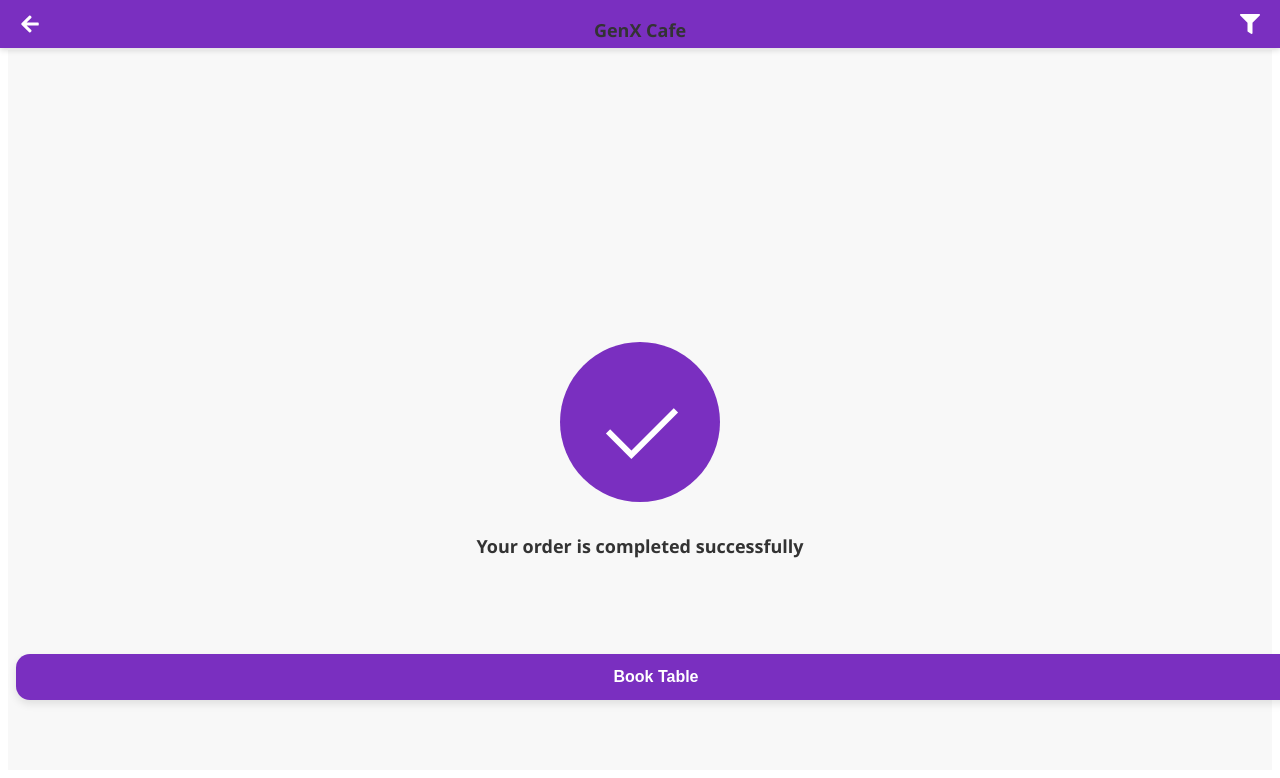
Repository: rajeshwaranslv/sturdy-spork-genx-frontend
Page: /success
The author's editor kept a copy of each file at every save. The page is drawn from the files as they stood at one save, then again after the next save.
The browser window is 1280 px wide. The pictures show the whole page.
The project was rebuilt for these pictures with package versions that can differ from the ones it lists, and the page was loaded fresh each time. Also part of the build but not shown: src/components/TableSelection.js, src/components/MenuSelection.js, src/components/OrderReview.js, src/components/billing.css, src/components/Billing.js.

Above is the page before, as saved 2025-07-15 11:37:21.

### src/App.js
import React from 'react';
import { BrowserRouter as Router, Route, Switch } from 'react-router-dom';
import TableSelection from './components/TableSelection';
import MenuSelection from './components/MenuSelection';
import OrderReview from './components/OrderReview';
import Billing from './components/Billing';
import Success from './components/Success';

export default function App() {
  return (
    <Router>
      <Switch>
        <Route exact path="/" component={TableSelection} />
        <Route path="/menu/:tableId" component={MenuSelection} />
   <Route path="/orders/:orderId" component={OrderReview} />

        <Route path="/billing/:orderId" component={Billing} />
        <Route path="/success" component={Success} />
      </Switch>
    </Router>
  );
}

### src/components/Success.js
import React, { useEffect } from 'react';
import { withRouter } from 'react-router-dom';
import { updateTableStatus } from '../services/api';
import { FaArrowLeft, FaFilter } from 'react-icons/fa'; // ✅ Import icons
import './success.css';

function Success({ history, location }) {
  const tableId = location.state?.tableId;

  useEffect(() => {
    if (tableId) {
      updateTableStatus(tableId, { status: 'available' })
        .then(() => console.log(`Table ${tableId} marked available ✅`))
        .catch(err => console.error('Failed to update table status:', err));
    }
  }, [tableId]);

  return (
<div className="container success-page">
  <div className="header-bar">
    <FaArrowLeft className="icon" onClick={() => history.push('/')} />
    <h2>GenX Cafe</h2>
    <FaFilter className="icon" />
  </div>

  <div className="checkmark-circle">
    <div className="checkmark" />
  </div>

  <h2>Your order is completed successfully</h2>

  <button className="footer-btn" onClick={() => history.push('/')}>
    Book Table
  </button>
</div>

  );
}

export default withRouter(Success);

### src/services/api.js
import axios from 'axios';

const API = axios.create({
  baseURL: 'http://localhost:3001/',
});

export const getTables = () => API.get('/tables');
export const getTableDetails = (id) => API.get(`/tables/${id}`);
export const getFoodItems = () => API.get('/foodItems');

export const placeOrder = (data) => API.post('/orders', data);
export const updateOrderItemStatus = (id, payload) => API.patch(`/orders/${id}`, payload);
export const getOrder = (id) => API.get(`/orders/${id}`);
export const generateBill = (data) => API.post('/bills', data);

// ✅ NEW: Update table status
export const updateTableStatus = (id, payload) => API.patch(`/tables/${id}`, payload);

### src/components/style.css
.container-fluid {
  background: #7a2fc0;
  min-height: 100vh;
  padding: 16px;

  font-family: 'Segoe UI', sans-serif;
}

/* Header Bar */
.header-bar {
  display: flex;
  justify-content: space-between;
  align-items: center;
  background: #7a2fc0;
  padding: 12px 20px;

  color: white;
  margin-bottom: 12px;
  position: relative;
}

.header-bar h2 {
  margin: 0;
  font-size: 20px;
  position: absolute;
  left: 50%;
  transform: translateX(-50%);
}

.icon {
  color: white;
  font-size: 18px;
  cursor: pointer;
}

/* Waiter Info Card */
.waiter-card {
  background: white;
  box-shadow: 0 4px 8px rgba(0,0,0,0.1);
  border-radius: 14px;
  padding: 12px 20px;
  display: flex;
  justify-content: space-between;
  align-items: center;
  max-width: 720px;
  width: 100%;
  margin: 20px auto 12px auto;
  flex-wrap: wrap;
  gap: 12px;
}

.waiter-name {
  color: #7a2fc0;
  font-size: 16px;
  font-weight: 600;
}

.waiter-role {
  font-size: 12px;
  color: #777;
}

.floor-label {
  font-size: 14px;
  font-weight: bold;
  color: #333;
}

.orders-count {
  font-size: 12px;
  color: #777;
}

.order-red {
  color: red;
  font-weight: bold;
}

/* Legend */
.legend-row {
  display: flex;
  justify-content: space-around;
  margin: 20px 0 12px;
  font-size: 13px;
  color: #555;
  flex-wrap: wrap;
  gap: 10px;
}

.legend-dot {
  width: 10px;
  height: 10px;
  border-radius: 50%;
  display: inline-block;
  margin-right: 6px;
}

.legend-dot.green {
  background-color: green;
}

.legend-dot.purple {
  background-color: purple;
}

.legend-dot.red {
  background-color: red;
}

/* Table Section */
.table-section {
  background: #fff;
  padding: 16px;
  border-radius: 24px;
  box-shadow: 0 4px 12px rgba(0, 0, 0, 0.2);
  max-width: 800px;
  margin: auto;
}

/* Table Grid */
.table-grid {
  display: grid;
  grid-template-columns: repeat(auto-fill, minmax(140px, 1fr));
  gap: 14px;
  padding: 10px 0;
}

/* Table Buttons */
.table-btn {
  padding: 16px 0;
  border-radius: 14px;
  font-size: 16px;
  font-weight: bold;
  cursor: pointer;
  border: 2px solid transparent;
  transition: all 0.2s ease-in-out;
  width: 100%;
  text-align: center;
}

.table-btn.available {
  color: green;
  border-color: green;
  background-color: white;
}

.table-btn.available:hover {
  background-color: #f0fff0;
}

.table-btn.selected {
  background-color: #7a2fc0;
  color: white;
  border-color: #7a2fc0;
}

.table-btn.occupied {
  background-color: red;
  color: white;
  cursor: not-allowed;
}

/* Select Button */
.select-btn {
  width: 100%;
  padding: 14px;
  margin-top: 24px;
  border-radius: 14px;
  border: none;
  background-color: #7a2fc0;
  color: white;
  font-size: 16px;
  font-weight: bold;
  cursor: pointer;
  box-shadow: 0 3px 8px rgba(0,0,0,0.1);
}

.select-btn:hover {
  background-color: #6926b2;
}

/* Responsive Tweaks */
@media (max-width: 768px) {
  .header-bar {
    flex-direction: row;
    padding: 10px 16px;
  }

  .header-bar h2 {
    font-size: 18px;
  }

  .waiter-card {
    flex-direction: column;
    align-items: flex-start;
    padding: 14px;
    gap: 8px;
  }

  .legend-row {
    flex-direction: column;
    align-items: flex-start;
    font-size: 12px;
  }

  .footer-btn {
    font-size: 14px;
    padding: 12px;
  }

  .table-grid {
    grid-template-columns: 1fr;
  }
}

@media (min-width: 769px) and (max-width: 1024px) {
  .table-grid {
    grid-template-columns: repeat(3, 1fr);
  }
}
.legend-row {
  display: flex;
  justify-content: center;
  align-items: center;
  gap: 20px;
  flex-wrap: wrap;
  font-size: 14px;
  margin-bottom: 20px;
}

.legend-item {
  display: flex;
  align-items: center;
  gap: 6px;
}

.legend-dot {
  width: 10px;
  height: 10px;
  border-radius: 50%;
  display: inline-block;
}

.legend-dot.green {
  background-color: green;
}

.legend-dot.purple {
  background-color: purple;
}

.legend-dot.red {
  background-color: red;
}
@media (max-width: 480px) {
  .legend-row {
    justify-content: space-between;
    gap: 12px;
    font-size: 12px;
  }
}

### src/components/menu.css

/* menu */
.menu-grid {
  display: grid;
  grid-template-columns: repeat(2, 1fr);
  gap: 14px;
  margin-top: 16px;
}

.container {
  padding: 16px;
  box-sizing: border-box;
  font-family: 'Segoe UI', sans-serif;
}


.menu-card {
  background: #fff;
  padding: 12px;
  border-radius: 14px;
  box-shadow: 0 4px 10px rgba(0,0,0,0.1);
  text-align: center;
  transition: all 0.3s ease;
  border: 2px solid transparent;
}

.menu-card.selected {
  border: 2px solid #7a2fc0;
  background-color: #f3e8ff;
}

.menu-card img {
  width: 80px;
  height: 80px;
  border-radius: 10px;
  object-fit: cover;
}

.menu-card h4 {
  margin: 8px 0 4px;
  font-size: 16px;
  color: #333;
}

.menu-card .desc {
  font-size: 12px;
  color: #777;
  height: 32px;
  overflow: hidden;
}

.menu-card button {
  background-color: #7a2fc0;
  color: white;
  border: none;
  border-radius: 8px;
  padding: 6px 12px;
  margin-top: 8px;
  font-size: 13px;
  cursor: pointer;
}

.menu-card button:hover {
  background-color: #6920a4;
}

.footer-btn {
  width: 100%;
  margin-top: 20px;
  padding: 12px;
  background-color: #7a2fc0;
  color: white;
  border: none;
  border-radius: 12px;
  font-size: 16px;
  font-weight: bold;
  cursor: pointer;
}

.footer-btn:disabled {
  background-color: #ccc;
  cursor: not-allowed;
}

### src/components/order.css
/* order */
.order-list {
  margin-top: 20px;
  display: flex;
  flex-direction: column;
  gap: 14px;
}

.item-row {
  display: flex;
  justify-content: space-between;
  align-items: center;
  background: white;
  padding: 42px 52px;
  border-radius: 14px;
  /* box-shadow: 0 4px 10px rgba(0,0,0,0.08); */
  transition: 0.3s ease;
}

.item-info strong {
  font-size: 15px;
  color: #333;
}

.item-info p {
  font-size: 13px;
  margin-top: 4px;
  color: #777;
}

.item-status {
  display: flex;
  flex-direction: column;
  align-items: center;
  gap: 4px;
}

.custom-switch .ant-switch-checked {
  background-color: #7a2fc0 !important;
}

.status-label {
  font-size: 12px;
  font-weight: bold;
  text-transform: capitalize;
}

.status-label.served {
  color: green;
}

.status-label.ordered {
  color: orange;
}

/* Reuse existing purple button style */
.footer-btn {
  width: 100%;
  margin-top: 24px;
  padding: 14px;
  border-radius: 12px;
  border: none;
  background-color: #7a2fc0;
  color: white;
  font-size: 16px;
  font-weight: bold;
  cursor: pointer;
}

.footer-btn:disabled {
  background-color: #ccc;
  cursor: not-allowed;
}
/* success */
.success-page {
  text-align: center;
  margin-top: 50px;
}

.checkmark-circle {
  width: 200px;
  height: 200px;
  margin: 0 auto 20px;
  border-radius: 50%;
  background-color: #7a2fc0;
  position: relative;
  animation: popCircle 0.5s ease-out;
}

.checkmark {
  position: absolute;
  top: 30%;
  left: 40%;
  width: 30px;
  height: 60px;
  border-right: 5px solid white;
  border-bottom: 5px solid white;
  transform: rotate(45deg) scale(0);
  animation: drawCheck 0.4s 0.3s ease forwards;
}

@keyframes popCircle {
  0% {
    transform: scale(0.7);
    opacity: 0;
  }
  100% {
    transform: scale(1);
    opacity: 1;
  }
}

@keyframes drawCheck {
  to {
    transform: rotate(45deg) scale(1);
  }
}

### src/components/success.css
/* Container for Success Page */
.success-page {
  min-height: 100vh;
  display: flex;
  flex-direction: column;
  padding-top: 70px; /* space for header */
  align-items: center;
  justify-content: center;
  background-color: #f8f8f8;
  position: relative;
  text-align: center;
  box-sizing: border-box;
}

/* Header Bar */
.header-bar {
  position: fixed;
  top: 0;
  left: 0;
  right: 0;
  background: #7a2fc0;
  color: white !important;
  display: flex;
  justify-content: space-between;
  align-items: center;
  padding: 14px 20px;
  z-index: 1000;
  box-shadow: 0 2px 6px rgba(0, 0, 0, 0.15);
}

.header-bar h2 {
  position: absolute;
  left: 50%;
  transform: translateX(-50%);
  margin: 0;
  font-size: 20px;
}

.icon {
  color: white;
  font-size: 20px;
  cursor: pointer;
  z-index: 10;
}

/* Checkmark Animation */
.checkmark-circle {
  width: 160px;
  height: 160px;
  background-color: #7a2fc0;
  border-radius: 50%;
  display: flex;
  align-items: center;
  justify-content: center;
  margin: 40px auto 20px;
  animation: popCircle 0.5s ease-out;
}

.checkmark {
  width: 30px;
  height: 60px;
  border-right: 6px solid white;
  border-bottom: 6px solid white;
  transform: rotate(45deg) scale(0);
  animation: drawCheck 0.4s 0.3s ease forwards;
}

@keyframes popCircle {
  0% {
    transform: scale(0.7);
    opacity: 0;
  }
  100% {
    transform: scale(1);
    opacity: 1;
  }
}

@keyframes drawCheck {
  to {
    transform: rotate(45deg) scale(1);
  }
}

/* Success Message */
.success-page h2 {
  font-size: 18px;
  margin-top: 12px;
  color: #333;
}

/* Fixed Bottom Button */
.footer-btn {
  position: fixed;
  bottom: 20px;
  left: 16px;
  right: 16px;
  padding: 14px;
  font-size: 16px;
  font-weight: bold;
  background-color: #7a2fc0;
  color: white;
  border: none;
  border-radius: 14px;
  cursor: pointer;
  box-shadow: 0 4px 8px rgba(0, 0, 0, 0.1);
}

Loaded but not shown: public/index.html (common file); src/index.js (common file)

After the next save:
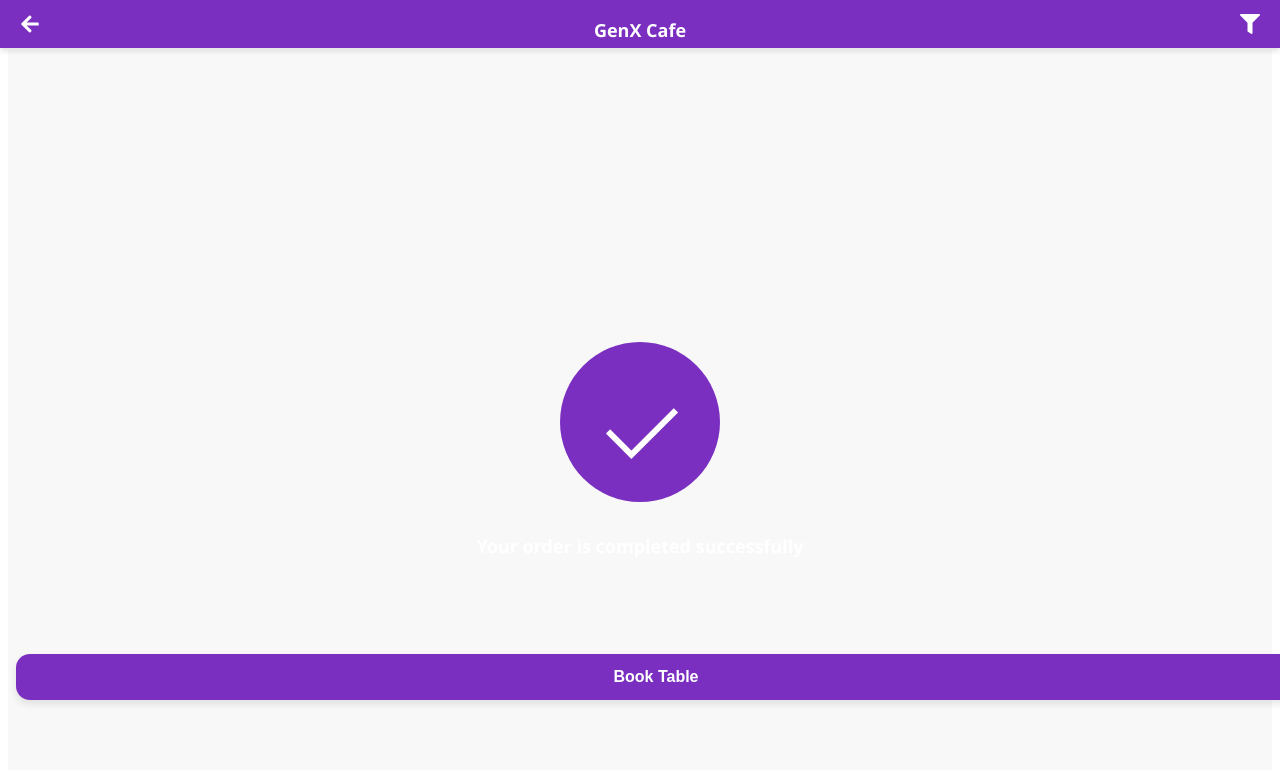
Saved 30 s later.
--- a/src/components/success.css
+++ b/src/components/success.css
@@ -86,7 +86,7 @@
 .success-page h2 {
   font-size: 18px;
   margin-top: 12px;
-  color: #333;
+  color: #ffffff;
 }
 
 /* Fixed Bottom Button */
